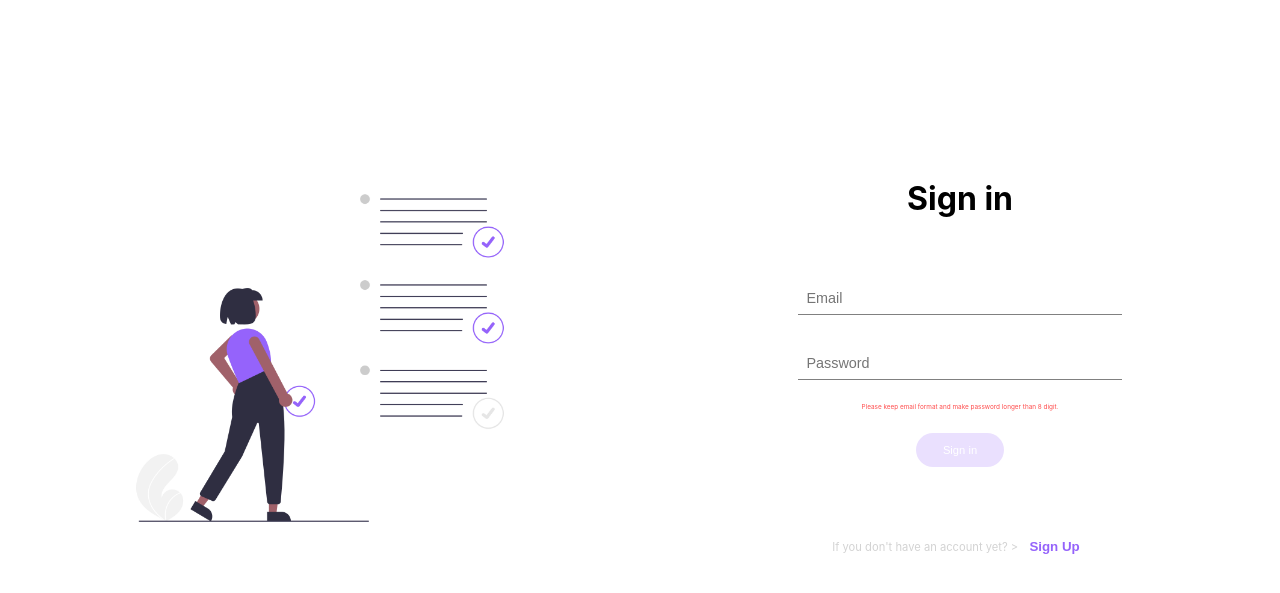
Repository: EEOOOO/wanted-pre-onboarding-fe
Page: /todo (app in to-do-list-app/)
These files come from the project's save history. The page is drawn as it stood at one moment and after the next save; the edit follows.
The browser window is 1280 px wide. The pictures show the whole page.
The project was rebuilt for these pictures with package versions that can differ from the ones it lists, and the page was loaded fresh each time. Also part of the build but not shown: to-do-list-app/src/components/sign_up/sign_up.module.css, to-do-list-app/src/components/sign_up/sign_up.jsx, to-do-list-app/src/components/todo_input_form/todo_input_form.module.css, to-do-list-app/src/components/todo_list/todo_list.module.css, to-do-list-app/src/components/todo_item/todo_item.module.css.

Above is the page before, as saved 2022-08-23 12:40:25.

After the next save:
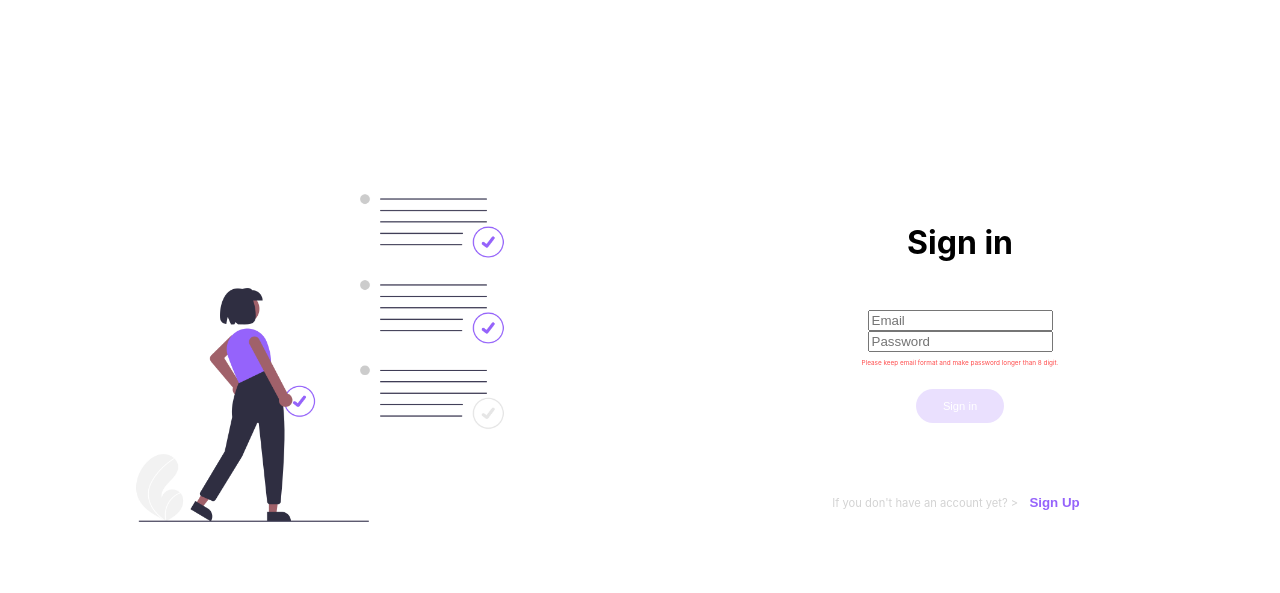
Saved 60 s later.
--- a/to-do-list-app/src/components/login_input_form/login_input_form.module.css
+++ b/to-do-list-app/src/components/login_input_form/login_input_form.module.css
@@ -7,7 +7,7 @@
   flex-direction: column;
   align-items: center;
 }
-input {
+.inputPassword {
   width: 60%;
   font-size: 0.9rem;
   padding: 0.5rem;
